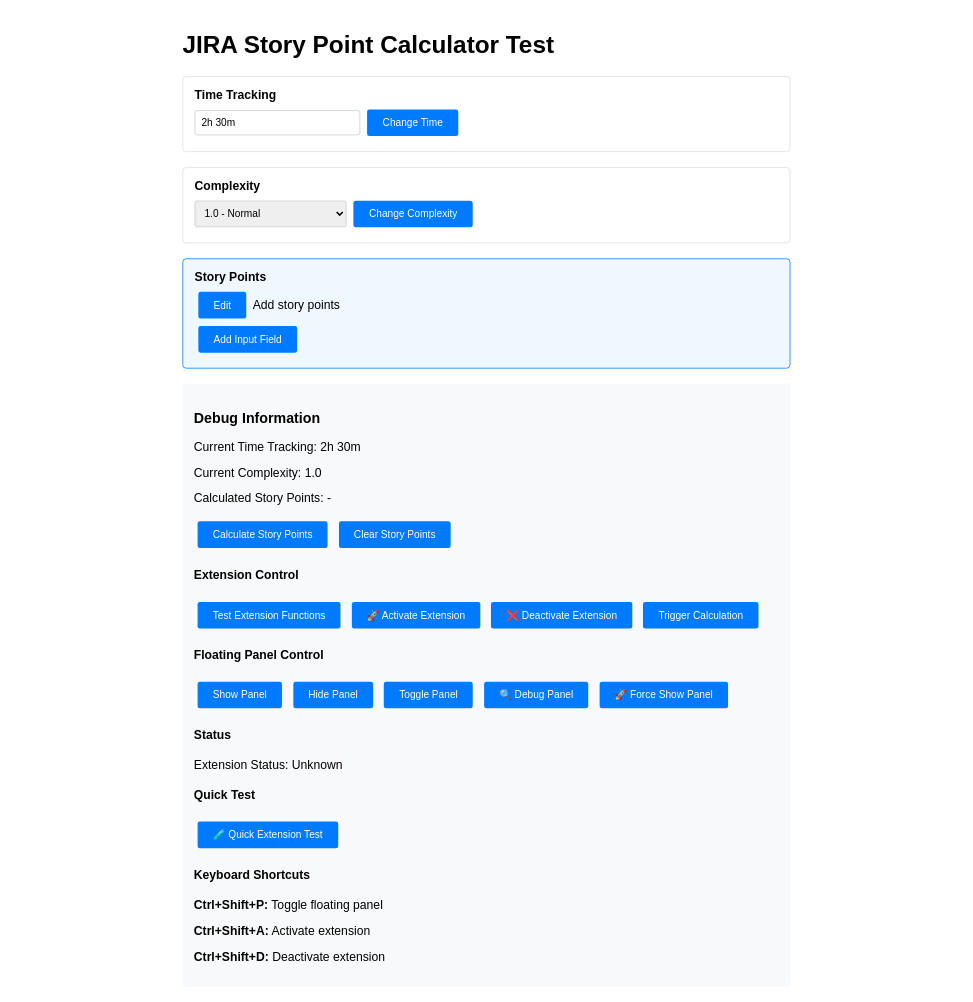
Repository: nirazanbasnet/jira-story-point-calculator
Page: test.html
The author's editor kept a copy of each file at every save. The page is drawn from the files as they stood at one save, then again after the next save.
The browser window is 1280 px wide. The pictures show the whole page, at 76% of full size.

Above is the page before, as saved 2025-09-01 19:44:47.

After the next save:
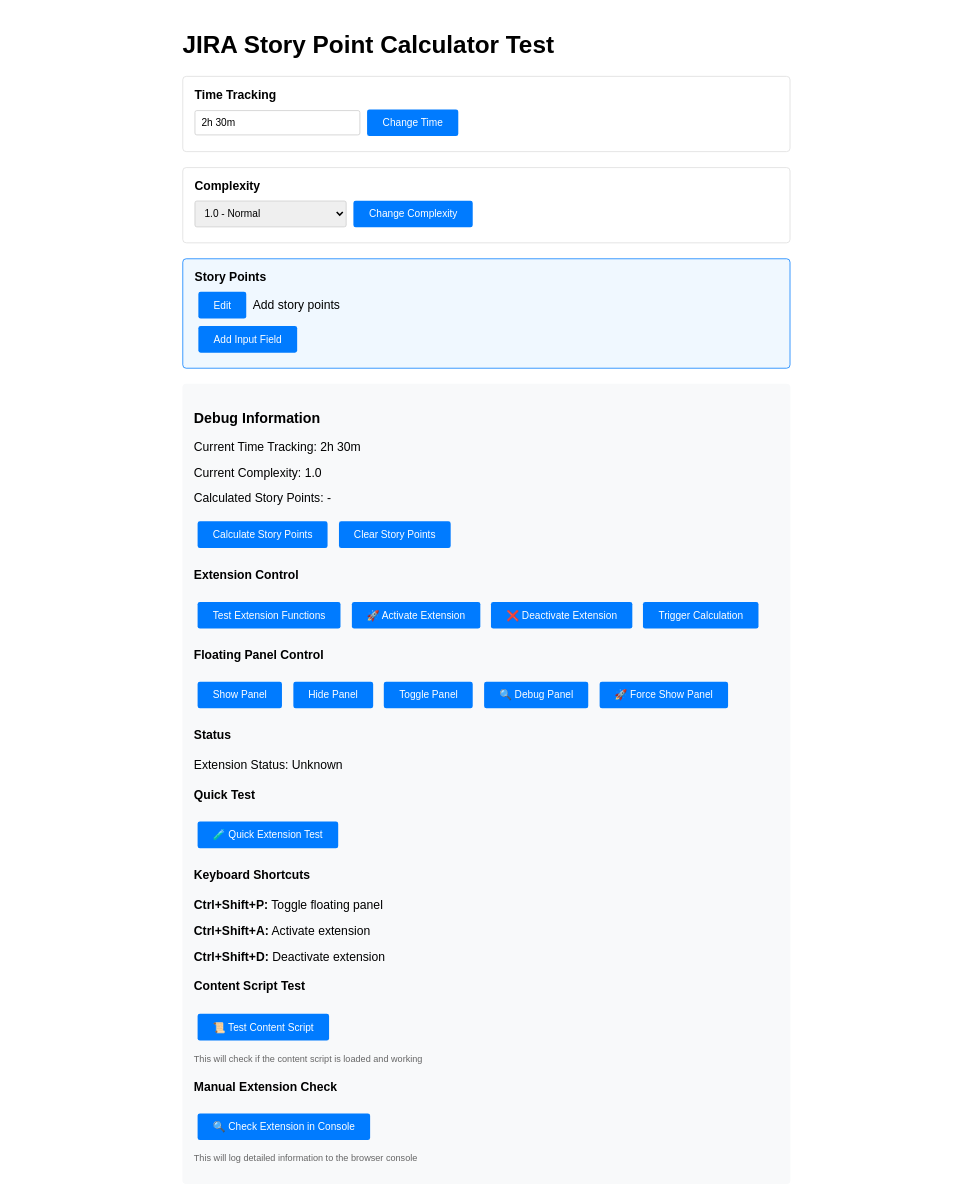
Saved 4 s later.
--- a/test.html
+++ b/test.html
@@ -133,6 +133,14 @@
         <p><strong>Ctrl+Shift+P:</strong> Toggle floating panel</p>
         <p><strong>Ctrl+Shift+A:</strong> Activate extension</p>
         <p><strong>Ctrl+Shift+D:</strong> Deactivate extension</p>
+
+        <h4>Content Script Test</h4>
+        <button onclick="testContentScript()">📜 Test Content Script</button>
+        <p style="font-size: 12px; color: #666;">This will check if the content script is loaded and working</p>
+
+        <h4>Manual Extension Check</h4>
+        <button onclick="checkExtensionInConsole()">🔍 Check Extension in Console</button>
+        <p style="font-size: 12px; color: #666;">This will log detailed information to the browser console</p>
     </div>
 
     <script>
@@ -363,6 +371,27 @@
             results += '</ul>';
             contentDiv.innerHTML = results;
         }
+
+        function testContentScript() {
+            console.log('Testing Content Script...');
+            if (window.jiraStoryPointCalculator) {
+                console.log('✅ Content script is loaded and available.');
+                console.log('Content script object:', window.jiraStoryPointCalculator);
+            } else {
+                console.log('❌ Content script is NOT loaded or available.');
+            }
+        }
+
+        function checkExtensionInConsole() {
+            console.log('Checking extension in console...');
+            console.log('Available global variables:');
+            for (const key in window) {
+                if (key.startsWith('jiraStoryPointCalculator') || key.startsWith('activateStoryPointCalculator') || key.startsWith('deactivateStoryPointCalculator') || key.startsWith('showStoryPointPanel') || key.startsWith('hideStoryPointPanel') || key.startsWith('toggleStoryPointPanel') || key.startsWith('debugStoryPointPanel') || key.startsWith('forceShowStoryPointPanel') || key.startsWith('triggerStoryPointCalculation')) {
+                    console.log(`- ${key}:`, window[key]);
+                }
+            }
+            console.log('End of check.');
+        }
     </script>
 </body>
 

After the save that followed:
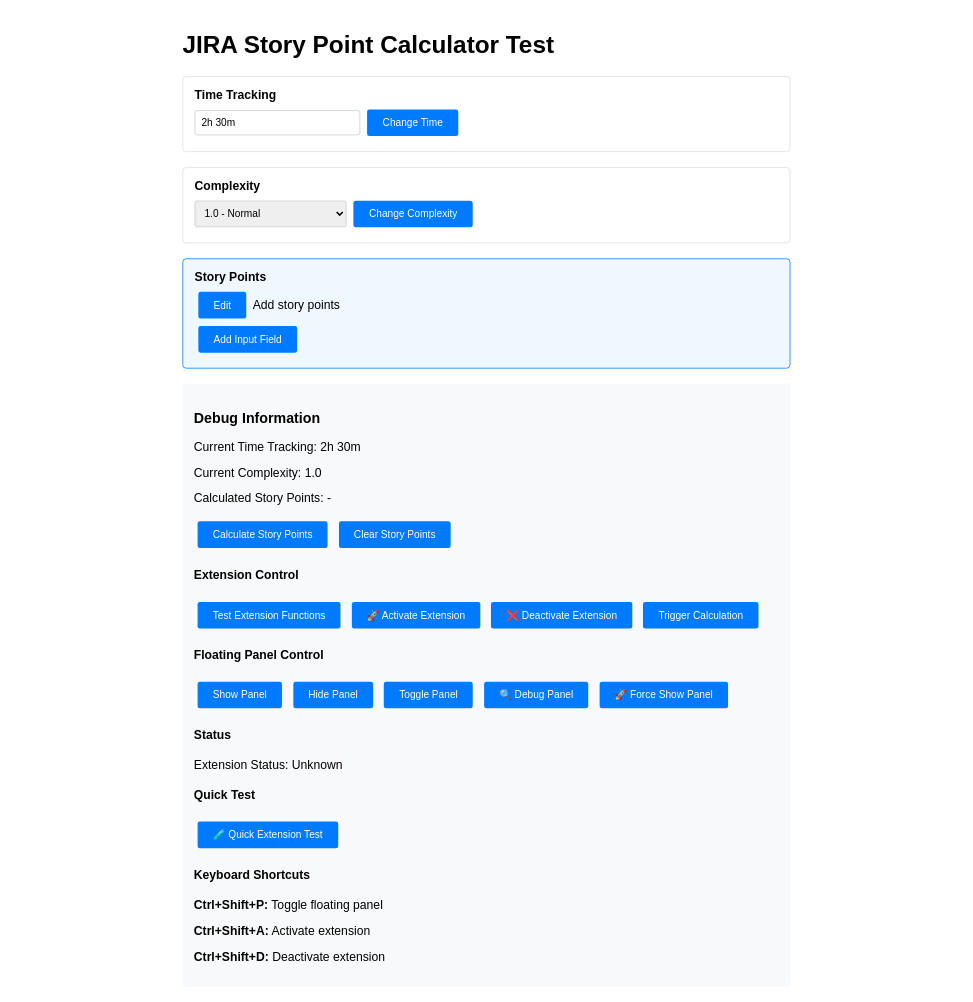
Saved 11 s later.
--- a/test.html
+++ b/test.html
@@ -133,14 +133,6 @@
         <p><strong>Ctrl+Shift+P:</strong> Toggle floating panel</p>
         <p><strong>Ctrl+Shift+A:</strong> Activate extension</p>
         <p><strong>Ctrl+Shift+D:</strong> Deactivate extension</p>
-
-        <h4>Content Script Test</h4>
-        <button onclick="testContentScript()">📜 Test Content Script</button>
-        <p style="font-size: 12px; color: #666;">This will check if the content script is loaded and working</p>
-
-        <h4>Manual Extension Check</h4>
-        <button onclick="checkExtensionInConsole()">🔍 Check Extension in Console</button>
-        <p style="font-size: 12px; color: #666;">This will log detailed information to the browser console</p>
     </div>
 
     <script>
@@ -371,27 +363,6 @@
             results += '</ul>';
             contentDiv.innerHTML = results;
         }
-
-        function testContentScript() {
-            console.log('Testing Content Script...');
-            if (window.jiraStoryPointCalculator) {
-                console.log('✅ Content script is loaded and available.');
-                console.log('Content script object:', window.jiraStoryPointCalculator);
-            } else {
-                console.log('❌ Content script is NOT loaded or available.');
-            }
-        }
-
-        function checkExtensionInConsole() {
-            console.log('Checking extension in console...');
-            console.log('Available global variables:');
-            for (const key in window) {
-                if (key.startsWith('jiraStoryPointCalculator') || key.startsWith('activateStoryPointCalculator') || key.startsWith('deactivateStoryPointCalculator') || key.startsWith('showStoryPointPanel') || key.startsWith('hideStoryPointPanel') || key.startsWith('toggleStoryPointPanel') || key.startsWith('debugStoryPointPanel') || key.startsWith('forceShowStoryPointPanel') || key.startsWith('triggerStoryPointCalculation')) {
-                    console.log(`- ${key}:`, window[key]);
-                }
-            }
-            console.log('End of check.');
-        }
     </script>
 </body>
 
